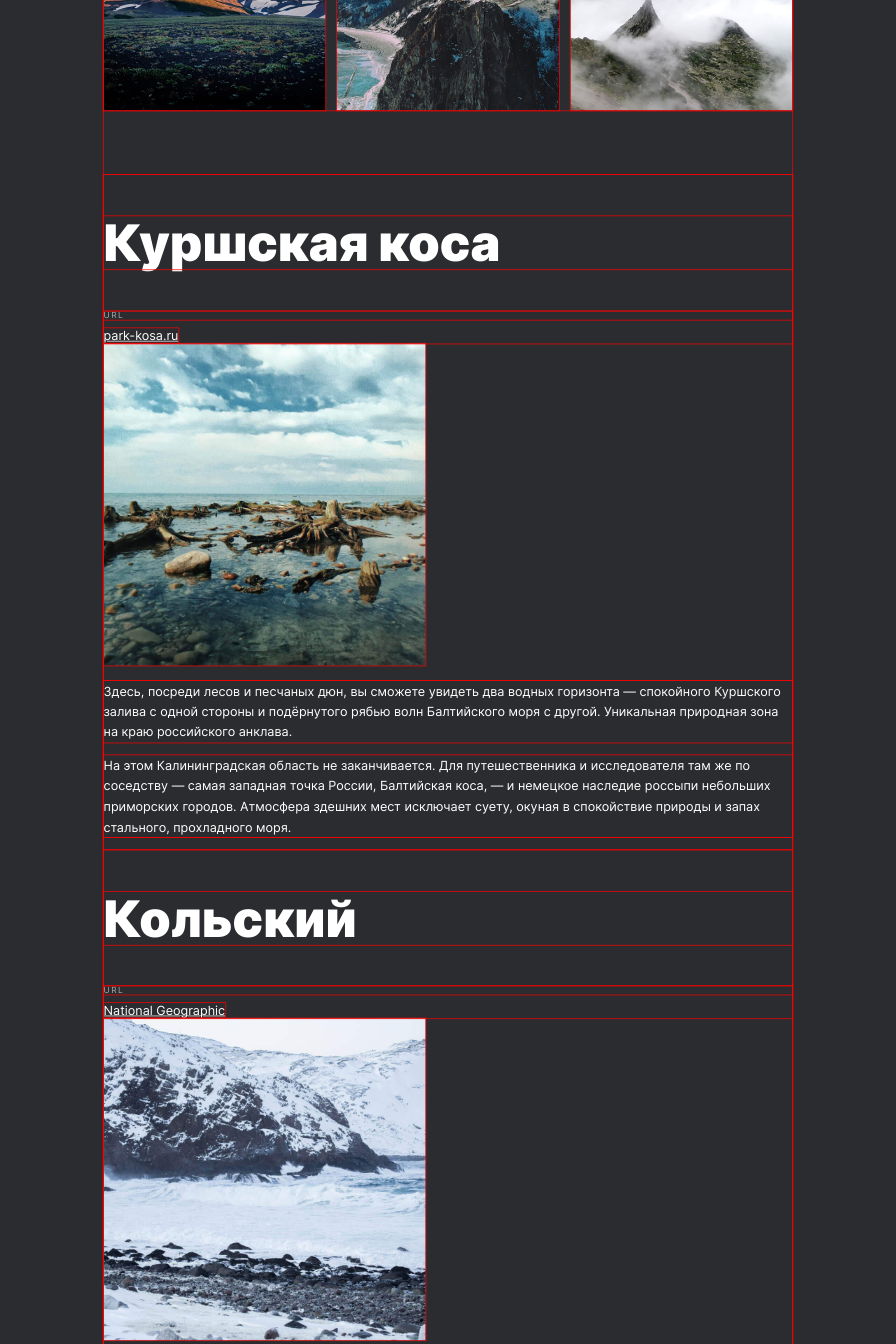
Repository: 89373611988/russia-travel
Page: index.html
The author's editor kept a copy of each file at every save. The page is drawn from the files as they stood at one save, then again after a run of saves.
The browser window is 1280 px wide. The pictures show the part of the page from y = 2597 to 4517 px (the page is 8528 px tall before and 9350 px after), at 70% of full size.

Above is the page before, as saved 2021-12-22 20:49:34.

After the next 4 saves:
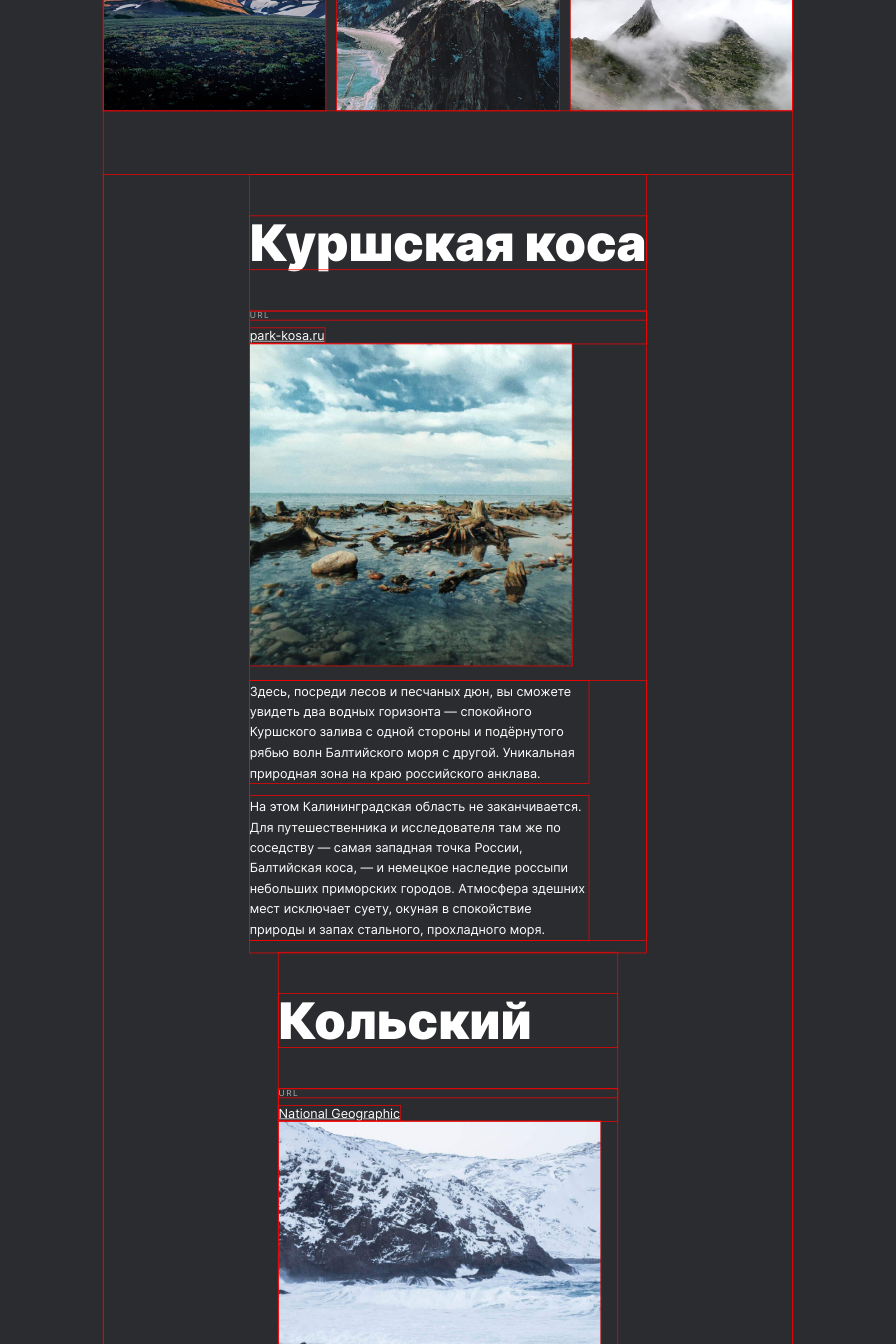
The 4 saves are shown as one change because they came seconds apart.
The last was saved 18 s later.
--- a/blocks/place/__paragraph/place__paragraph.css
+++ b/blocks/place/__paragraph/place__paragraph.css
@@ -2,4 +2,5 @@
   font-weight: normal;
   font-size: 18px;
   line-height: 163%;
+  max-width: 484px;
 }
